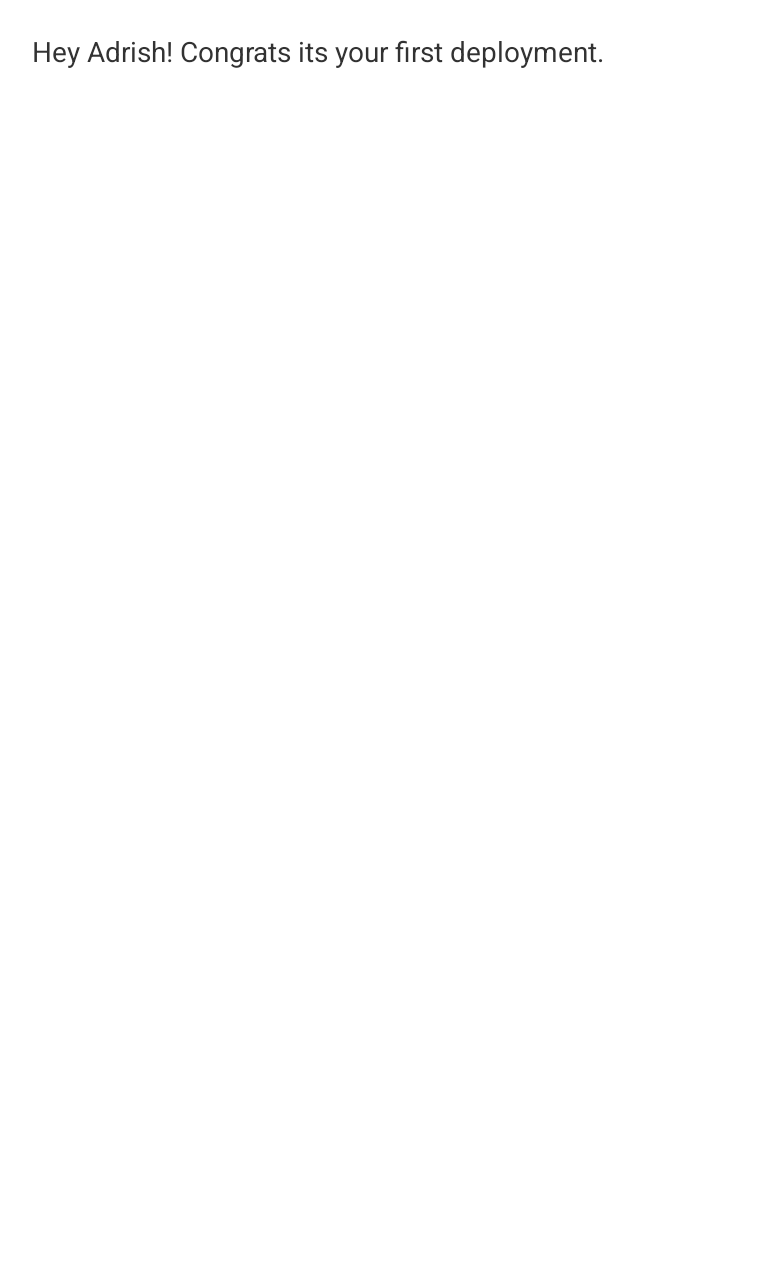
Repository: adrish00/android_learning
Layout: Demo000Ex1MyFirstAppEx/res/layout/activity_corp_activity_one.xml
An editor plug-in stored every save of this project. The layout is shown before and after the next save, followed by the edit.
It is drawn on a 768 x 1280 px phone screen (xhdpi) without system bars, with theme AppTheme; the app's code is not run.

Above is the layout before, as saved 2015-09-04 18:09:54.

After the next save:
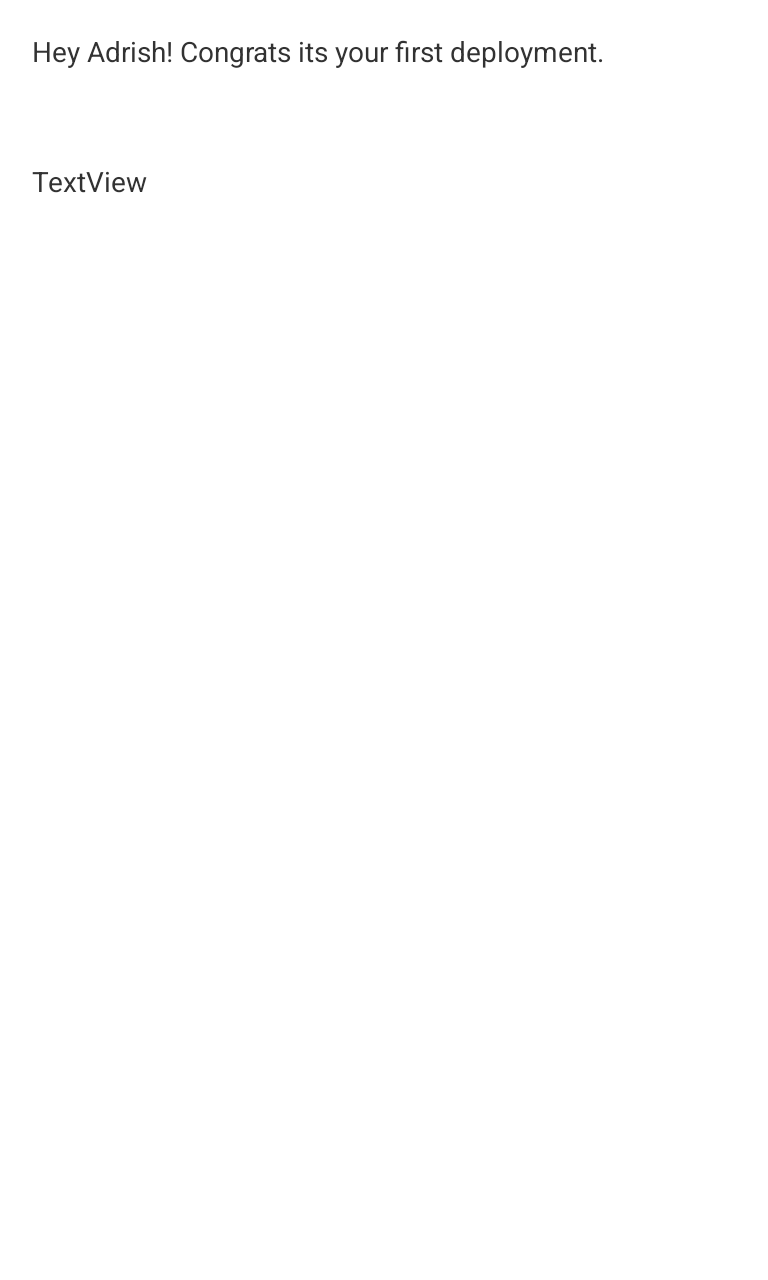
Saved 3 h 15 min later.
--- a/Demo000Ex1MyFirstAppEx/res/layout/activity_corp_activity_one.xml
+++ b/Demo000Ex1MyFirstAppEx/res/layout/activity_corp_activity_one.xml
@@ -9,8 +9,19 @@
     tools:context="in.adrish.corp.ex1myfirstappex.CorpActivityOne" >
 
     <TextView
+        android:id="@+id/textView2"
         android:layout_width="wrap_content"
         android:layout_height="wrap_content"
         android:text="@string/hello_adrish" />
 
+    <TextView
+        android:id="@+id/textView1"
+        android:layout_width="wrap_content"
+        android:layout_height="wrap_content"
+        android:layout_alignLeft="@+id/textView2"
+        android:layout_alignRight="@+id/textView2"
+        android:layout_below="@+id/textView2"
+        android:layout_marginTop="46dp"
+        android:text="TextView" />
+
 </RelativeLayout>
